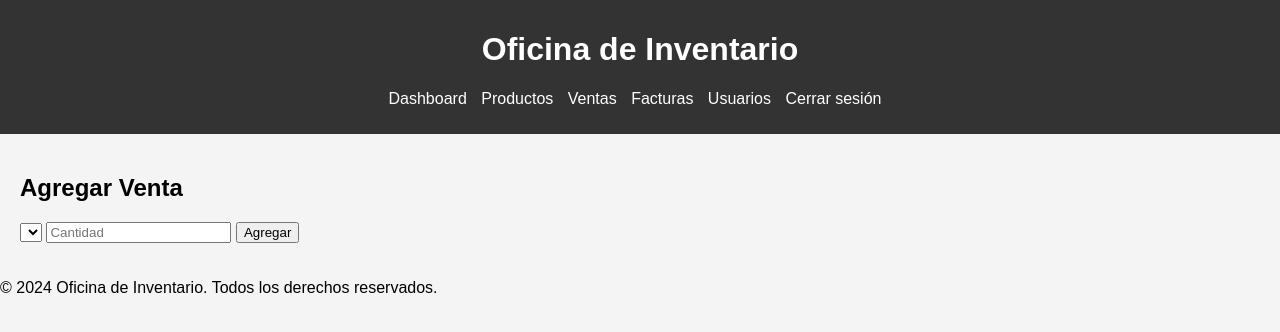
Repository: Connie75/Inventario
Page: http://localhost/views/add_sale.php
The author's editor kept a copy of each file at every save. The page is drawn from the files as they stood at one save, then again after the next save.
The browser window is 1280 px wide. The pictures show the whole page.
The page is run by PHP 8.4 with error messages shown; the project is at /var/www/html/. The session is filled in as if someone had signed in: {"id": 1, "rol": "admin"}. Queries for data that is not in the repository find no rows.

Above is the page before, as saved 2024-07-28 20:45:52.

After the next save:
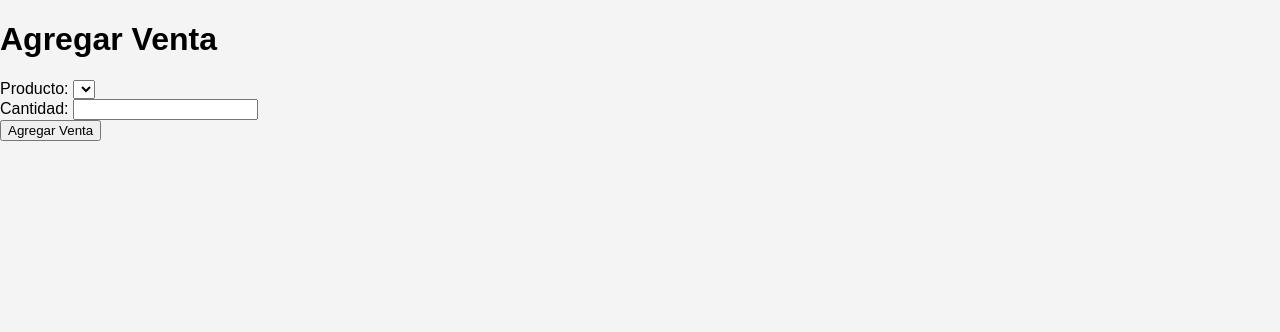
Saved 3 h 30 min later.
--- a/views/add_sale.php
+++ b/views/add_sale.php
@@ -1,29 +1,72 @@
-<!-- views/add_sale.php -->
 <?php
 session_start();
-include '../includes/header.php';
 include '../includes/db.php';
 
 // Verificar si el usuario está logueado
 if (!isset($_SESSION['id'])) {
-    header("Location: login.php");
+    header("Location: ../login.php");
     exit();
 }
 
-// Obtener lista de productos
-$productos = $conn->query("SELECT * FROM productos");
+if ($_SERVER["REQUEST_METHOD"] == "POST") {
+    $producto_id = $_POST['producto_id'];
+    $cantidad = $_POST['cantidad'];
+    $usuario_id = $_SESSION['id']; // Asegúrate de que el usuario esté logueado y obtener su ID
+
+    // Obtener el precio del producto para calcular el total
+    $query = "SELECT precio FROM productos WHERE id = ?";
+    $stmt = $conn->prepare($query);
+    $stmt->bind_param("i", $producto_id);
+    $stmt->execute();
+    $result = $stmt->get_result();
+    $producto = $result->fetch_assoc();
+    $precio = $producto['precio'];
+    $total = $precio * $cantidad;
+
+    // Insertar la venta en la base de datos
+    $query = "INSERT INTO ventas (producto_id, usuario_id, cantidad, total) VALUES (?, ?, ?, ?)";
+    $stmt = $conn->prepare($query);
+    $stmt->bind_param("iiid", $producto_id, $usuario_id, $cantidad, $total);
+
+    if ($stmt->execute()) {
+        header("Location: ../views/sales.php");
+        exit();
+    } else {
+        echo "Error: " . $stmt->error;
+    }
+}
 ?>
 
-<h2>Agregar Venta</h2>
-<form action="../actions/add_sale.php" method="post">
-    <select name="producto_id" required>
-        <?php while ($producto = $productos->fetch_assoc()): ?>
-            <option value="<?php echo $producto['id']; ?>"><?php echo $producto['nombre']; ?></option>
-        <?php endwhile; ?>
-    </select>
-    <input type="number" name="cantidad" placeholder="Cantidad" required>
-    <button type="submit">Agregar</button>
-</form>
-
-<?php $conn->close(); ?>
-<?php include '../includes/footer.php'; ?>
+<!DOCTYPE html>
+<html lang="es">
+<head>
+    <meta charset="UTF-8">
+    <title>Agregar Venta</title>
+    <link rel="stylesheet" href="../styles.css">
+</head>
+<body>
+    <div class="container">
+        <h1>Agregar Venta</h1>
+        <form action="add_sale.php" method="post">
+            <label for="producto_id">Producto:</label>
+            <select name="producto_id" id="producto_id" required>
+                <?php
+                $query = "SELECT id, nombre FROM productos";
+                $result = $conn->query($query);
+                while ($row = $result->fetch_assoc()) {
+                    echo '<option value="'.$row['id'].'">'.$row['nombre'].'</option>';
+                }
+                ?>
+            </select>
+            <br>
+            <label for="cantidad">Cantidad:</label>
+            <input type="number" name="cantidad" id="cantidad" required>
+            <br>
+            <button type="submit">Agregar Venta</button>
+        </form>
+    </div>
+</body>
+</html>
+<?php
+$conn->close();
+?>

After the save that followed:
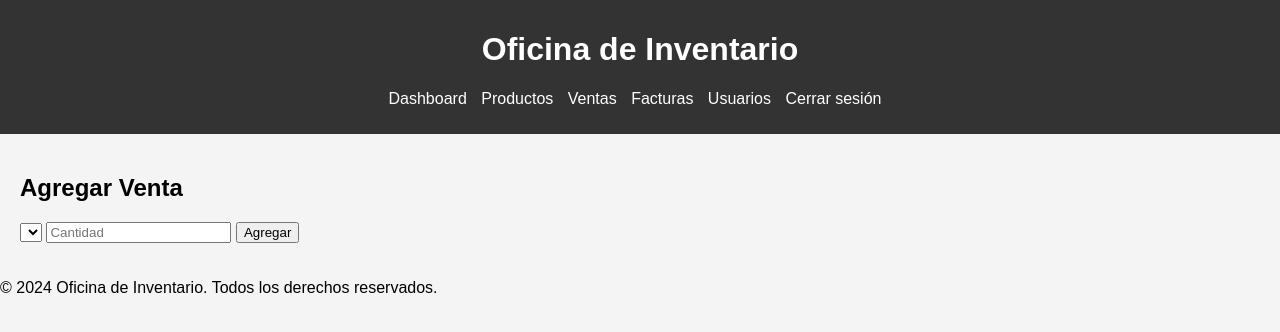
Saved 61 s later.
--- a/views/add_sale.php
+++ b/views/add_sale.php
@@ -1,72 +1,29 @@
+<!-- views/add_sale.php -->
 <?php
 session_start();
+include '../includes/header.php';
 include '../includes/db.php';
 
 // Verificar si el usuario está logueado
 if (!isset($_SESSION['id'])) {
-    header("Location: ../login.php");
+    header("Location: login.php");
     exit();
 }
 
-if ($_SERVER["REQUEST_METHOD"] == "POST") {
-    $producto_id = $_POST['producto_id'];
-    $cantidad = $_POST['cantidad'];
-    $usuario_id = $_SESSION['id']; // Asegúrate de que el usuario esté logueado y obtener su ID
-
-    // Obtener el precio del producto para calcular el total
-    $query = "SELECT precio FROM productos WHERE id = ?";
-    $stmt = $conn->prepare($query);
-    $stmt->bind_param("i", $producto_id);
-    $stmt->execute();
-    $result = $stmt->get_result();
-    $producto = $result->fetch_assoc();
-    $precio = $producto['precio'];
-    $total = $precio * $cantidad;
-
-    // Insertar la venta en la base de datos
-    $query = "INSERT INTO ventas (producto_id, usuario_id, cantidad, total) VALUES (?, ?, ?, ?)";
-    $stmt = $conn->prepare($query);
-    $stmt->bind_param("iiid", $producto_id, $usuario_id, $cantidad, $total);
-
-    if ($stmt->execute()) {
-        header("Location: ../views/sales.php");
-        exit();
-    } else {
-        echo "Error: " . $stmt->error;
-    }
-}
+// Obtener lista de productos
+$productos = $conn->query("SELECT * FROM productos");
 ?>
 
-<!DOCTYPE html>
-<html lang="es">
-<head>
-    <meta charset="UTF-8">
-    <title>Agregar Venta</title>
-    <link rel="stylesheet" href="../styles.css">
-</head>
-<body>
-    <div class="container">
-        <h1>Agregar Venta</h1>
-        <form action="add_sale.php" method="post">
-            <label for="producto_id">Producto:</label>
-            <select name="producto_id" id="producto_id" required>
-                <?php
-                $query = "SELECT id, nombre FROM productos";
-                $result = $conn->query($query);
-                while ($row = $result->fetch_assoc()) {
-                    echo '<option value="'.$row['id'].'">'.$row['nombre'].'</option>';
-                }
-                ?>
-            </select>
-            <br>
-            <label for="cantidad">Cantidad:</label>
-            <input type="number" name="cantidad" id="cantidad" required>
-            <br>
-            <button type="submit">Agregar Venta</button>
-        </form>
-    </div>
-</body>
-</html>
-<?php
-$conn->close();
-?>
+<h2>Agregar Venta</h2>
+<form action="../actions/add_sale.php" method="post">
+    <select name="producto_id" required>
+        <?php while ($producto = $productos->fetch_assoc()): ?>
+            <option value="<?php echo $producto['id']; ?>"><?php echo $producto['nombre']; ?></option>
+        <?php endwhile; ?>
+    </select>
+    <input type="number" name="cantidad" placeholder="Cantidad" required>
+    <button type="submit">Agregar</button>
+</form>
+
+<?php $conn->close(); ?>
+<?php include '../includes/footer.php'; ?>
